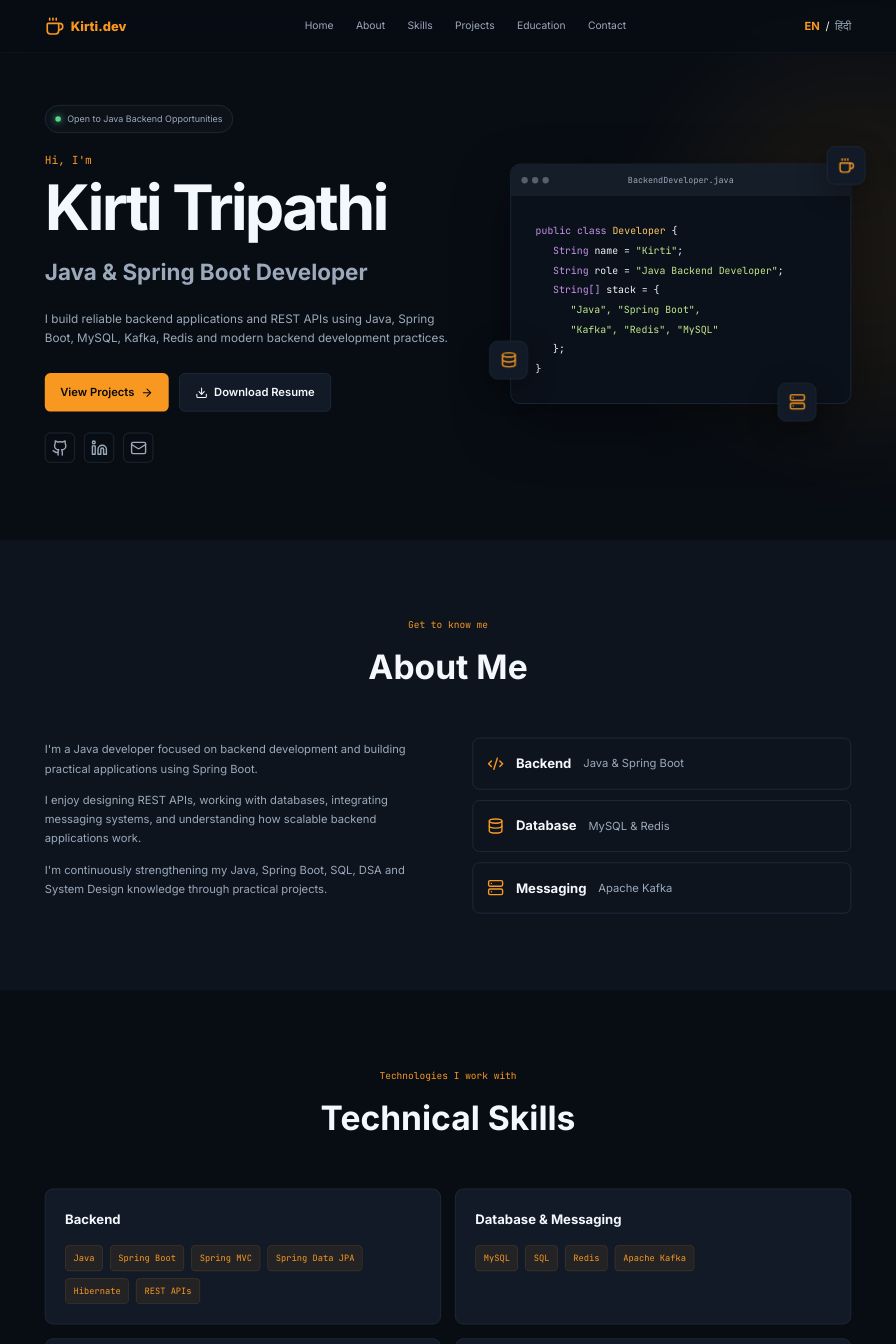
Repository: Rashi-Kirti06/En-Hi-Portfolio
Page: /
The author's editor kept a copy of each file at every save. The page is drawn from the files as they stood at one save, then again after a run of saves.
The browser window is 1280 px wide. The pictures show the part of the page from y = 0 to 1920 px (the page is 4885 px tall before and 720 px after), at 70% of full size.
The project was rebuilt for these pictures with package versions that can differ from the ones it lists, and the page was loaded fresh each time. Also part of the build but not shown: vite.config.js.

Above is the page before, as saved 2026-09-06 15:29:04.

After the next 5 saves:
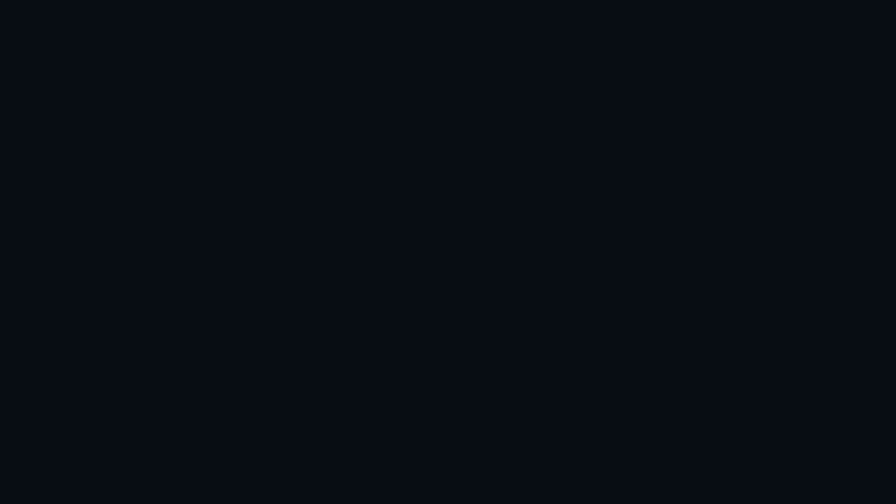
Console error: ReferenceError: motion is not defined
The 5 saves are shown as one change because 1 did not build or start and some came seconds apart.
The last was saved 2 min 5 s later.
--- a/src/components/Learning.jsx
+++ b/src/components/Learning.jsx
@@ -1,4 +1,4 @@
-import { motion } from "framer-motion";
+
 import SectionTitle from "./SectionTitle";
 import { translations } from "../data/translations";
 

After the 2 saves that followed:
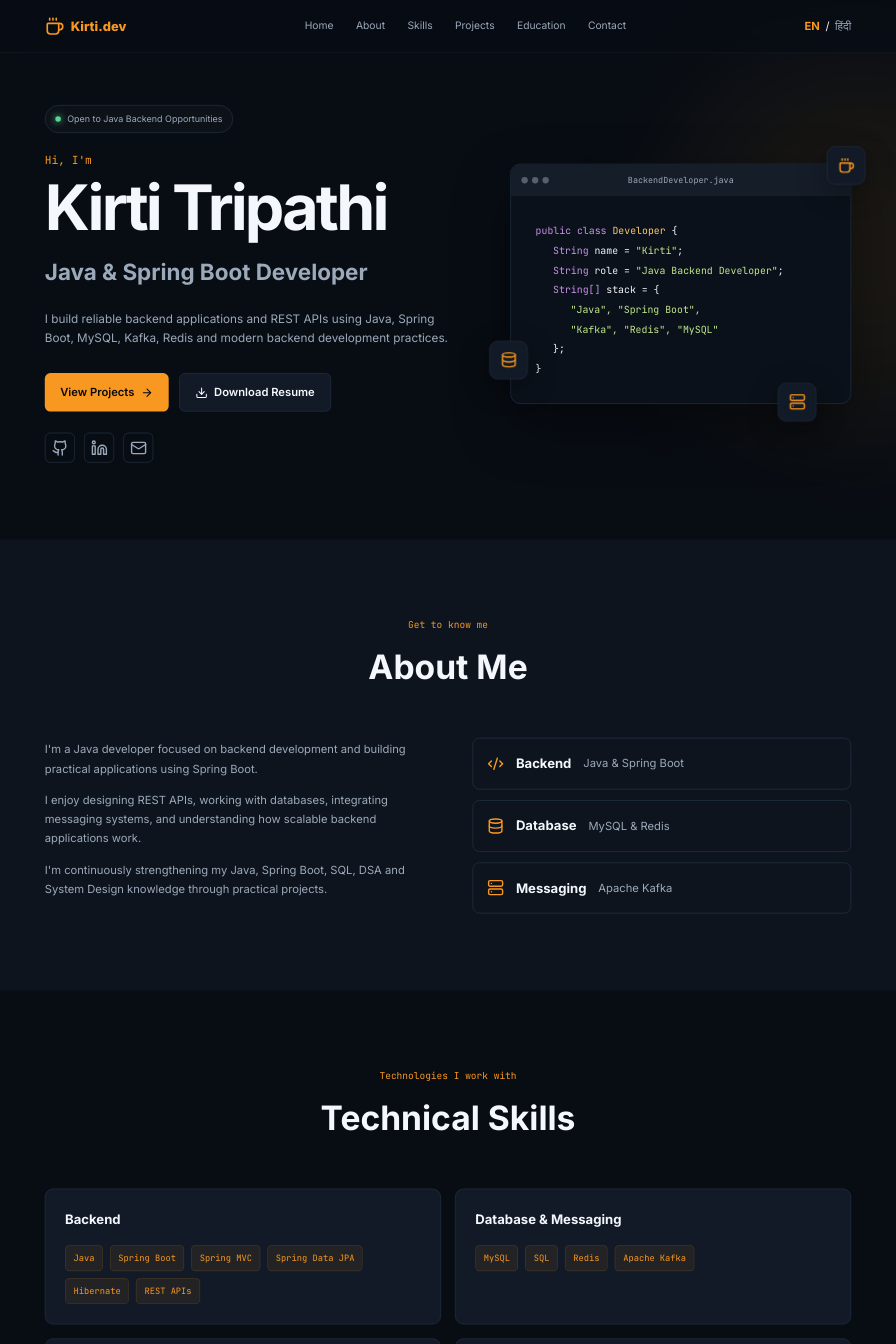
The error is gone.
The 2 saves are shown as one change because they came seconds apart.
The last was saved 8 s later.
--- a/src/components/Learning.jsx
+++ b/src/components/Learning.jsx
@@ -1,4 +1,4 @@
-
+import { motion } from "framer-motion";
 import SectionTitle from "./SectionTitle";
 import { translations } from "../data/translations";
 
